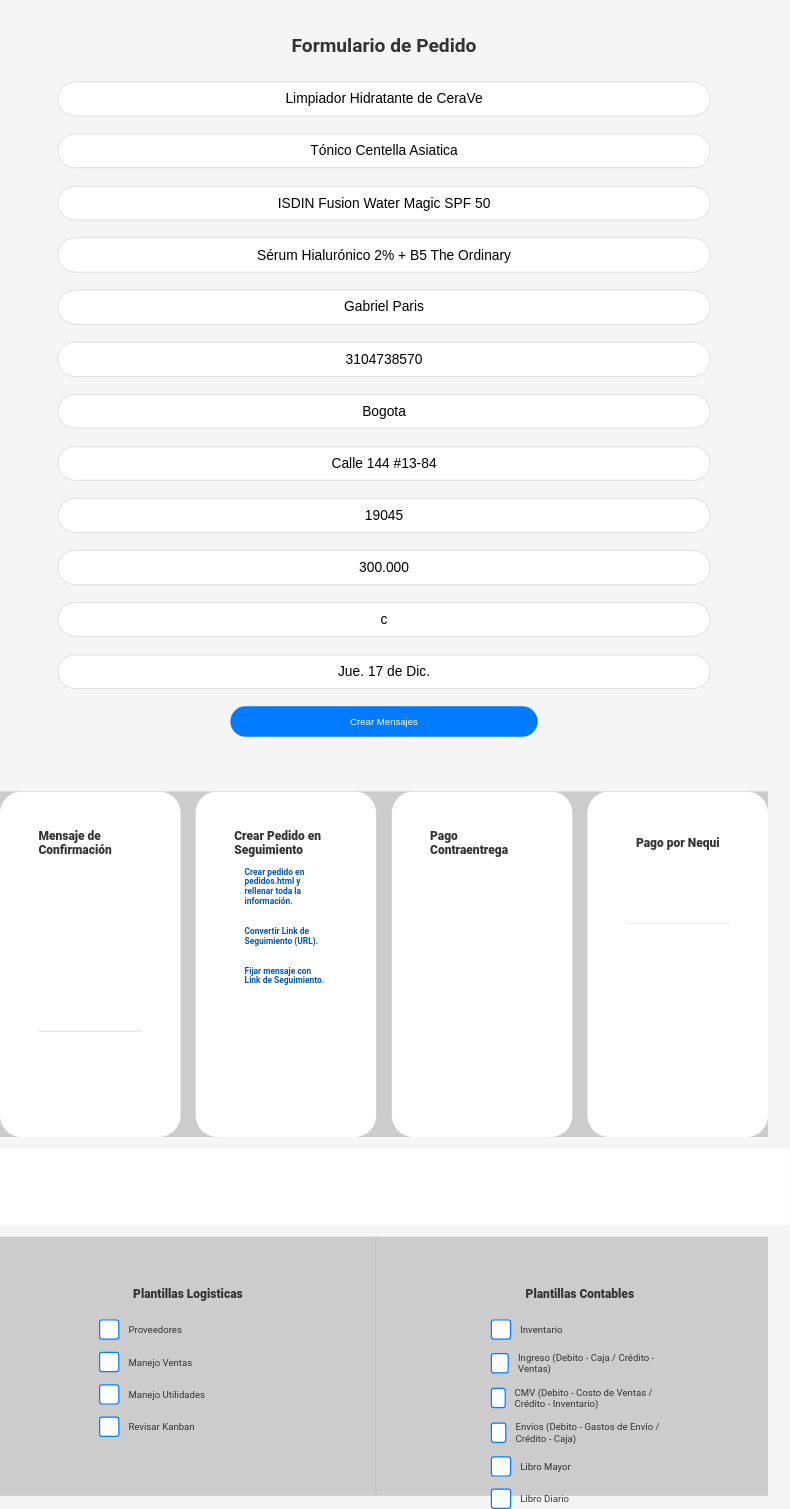
Repository: aCoupon0/intranet
Page: 1/venta-1.html
These files come from the project's save history. The page is drawn as it stood at one moment and after the next save; the edit follows.
The browser window is 1280 px wide. The page is 1316 px wide, so the pictures cover 1316 px, including what lies to the right of the window. The pictures show the whole page, at 60% of full size.

Above is the page before, as saved 2024-12-13 13:30:52.

After the next save:
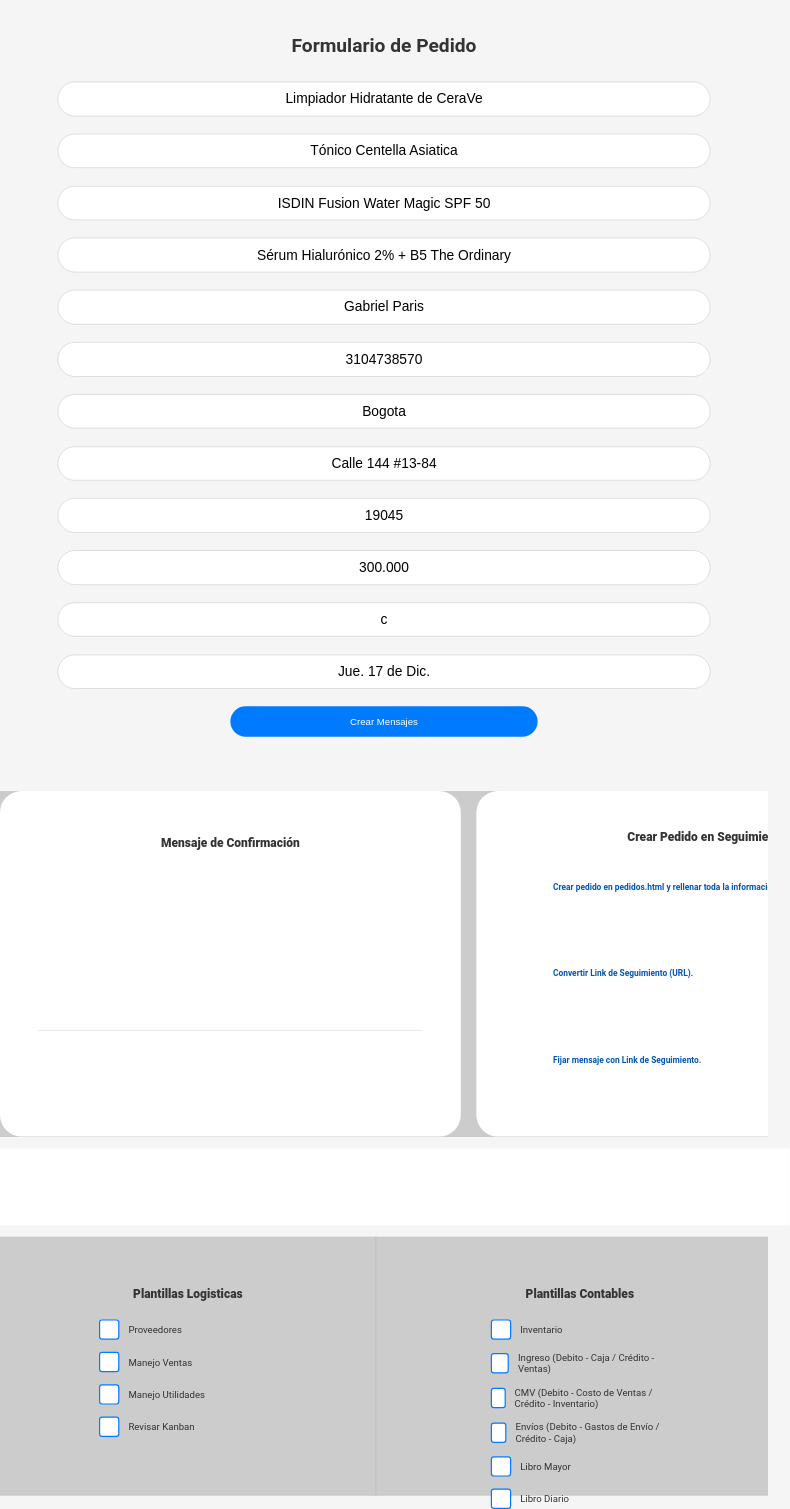
Saved 2 min 16 s later.
--- a/css/venta.css
+++ b/css/venta.css
@@ -59,6 +59,7 @@ input {
     overflow-x: auto; /* Permitir scroll horizontal */
     overflow-y: hidden; /* Ocultar scroll vertical */
     padding: 0; /* Eliminar padding */
+    flex-wrap: nowrap; /* Evitar que se envuelvan las secciones */
 }
 
 .section-dual {
@@ -72,6 +73,8 @@ input {
     align-items: center;
     padding: 5%;
     box-sizing: border-box; /* Asegurarse de que el padding no afecte el tamaño */
+    flex-shrink: 0; /* Evitar que se encojan */
+    flex-grow: 0; /* Evitar que crezcan */
 }
 
 .section-dual-title {
@@ -111,7 +114,6 @@ input {
     padding: 5%;
 }
 
-
 .section-dual-2 {
     width: 100%;
     height: 25%;
@@ -153,7 +155,6 @@ input {
     padding: 5%;
 }
 
-
 .section-dual-5 {
     width: 100%;
     height: 65%;
@@ -167,6 +168,7 @@ input {
     padding: 5%;
     flex-direction: column;
 }
+
 
 
 .segunda-fase {
